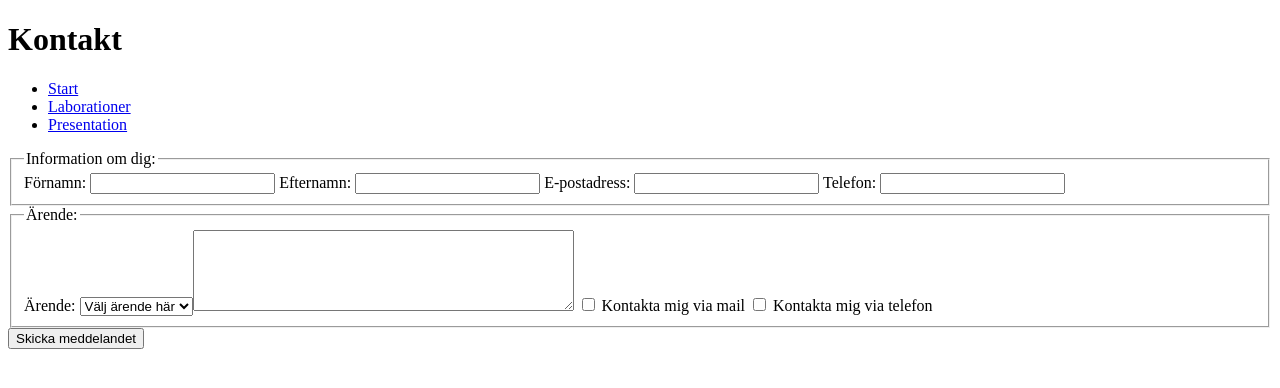
Repository: Martin-Carlsson85/HTML-och-CSS
Page: pages/kontakt.html
The author's editor kept a record of every edit. The page is drawn from the files as they stood at one moment, then again after the next edit.
The browser window is 1280 px wide. The pictures show the whole page.

Above is the page before.

### pages/kontakt.html
<!doctype html>
<html lang="sv">
    <head>
        <meta charset="utf-8" />

        <title>Kontakt</title>

    </head>

<h1>Kontakt</h1>

<ul>
    <li><a href="../index.html">Start</a></li>

    <li><a href="laborationer.html">Laborationer</a></li>

    <li><a href="presentation.html">Presentation</a></li>
</ul>

<form id="form" name="form" method="post" action="http://voyager.lnu.se/tekinet/kurser/dtt/wp_webbintro/form.php">

        <fieldset>
            <legend>Information om dig:</legend>

            Förnamn:
            <input type="text" name="fnamn" id="fnamn" />

            Efternamn:
            <input type="text" name="enamn" id="enamn" />

            E-postadress:
            <input type="text" name="epost" id="epost" />

            Telefon:
            <input type="text" name="epost" id="epost" />

        </fieldset>
        <fieldset>
            <legend>Ärende:</legend>
<label for="select">
Ärende:</label>

<select name="favoritarstid" id="favoritarstid">
<option> Välj ärende här </option>
<option value="var"> Synpunkter </option>
<option value="var"> Frågor </option>

Meddelande:
<textarea name="meddelande" id="meddelande" cols="45" rows="5"></textarea>

<input type="checkbox" name="favoritarstid" id="sommar" value="sommar"/>
<label for="sommar">Kontakta mig via mail</label>

<input type="checkbox" name="favoritarstid" id="host" value="host"/>
<label for="host">Kontakta mig via telefon</label>

        </fieldset>

<input type="submit" name="skicka" id="skicka" value="Skicka meddelandet" />

</form>

After the next edit:
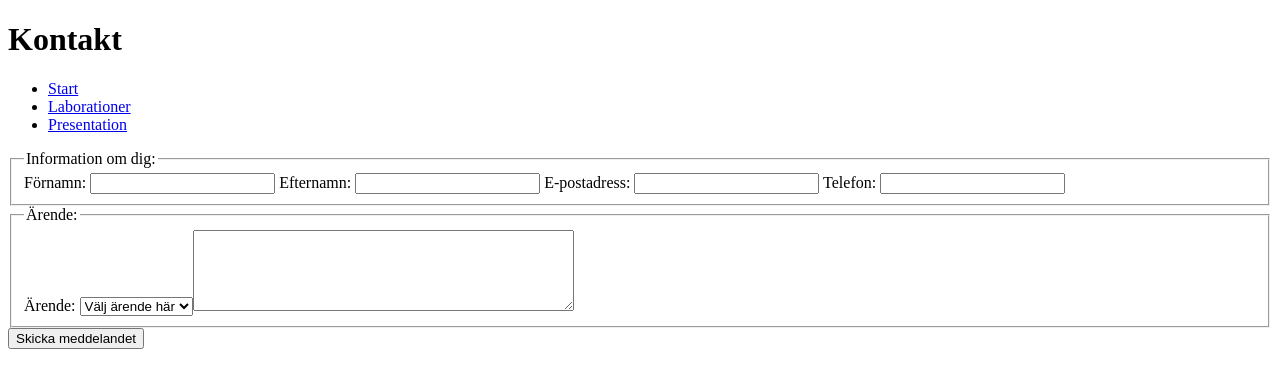
The edit:
--- a/pages/kontakt.html
+++ b/pages/kontakt.html
@@ -48,12 +48,6 @@
 Meddelande:
 <textarea name="meddelande" id="meddelande" cols="45" rows="5"></textarea>
 
-<input type="checkbox" name="favoritarstid" id="sommar" value="sommar"/>
-<label for="sommar">Kontakta mig via mail</label>
-
-<input type="checkbox" name="favoritarstid" id="host" value="host"/>
-<label for="host">Kontakta mig via telefon</label>
-
         </fieldset>
 
 <input type="submit" name="skicka" id="skicka" value="Skicka meddelandet" />
